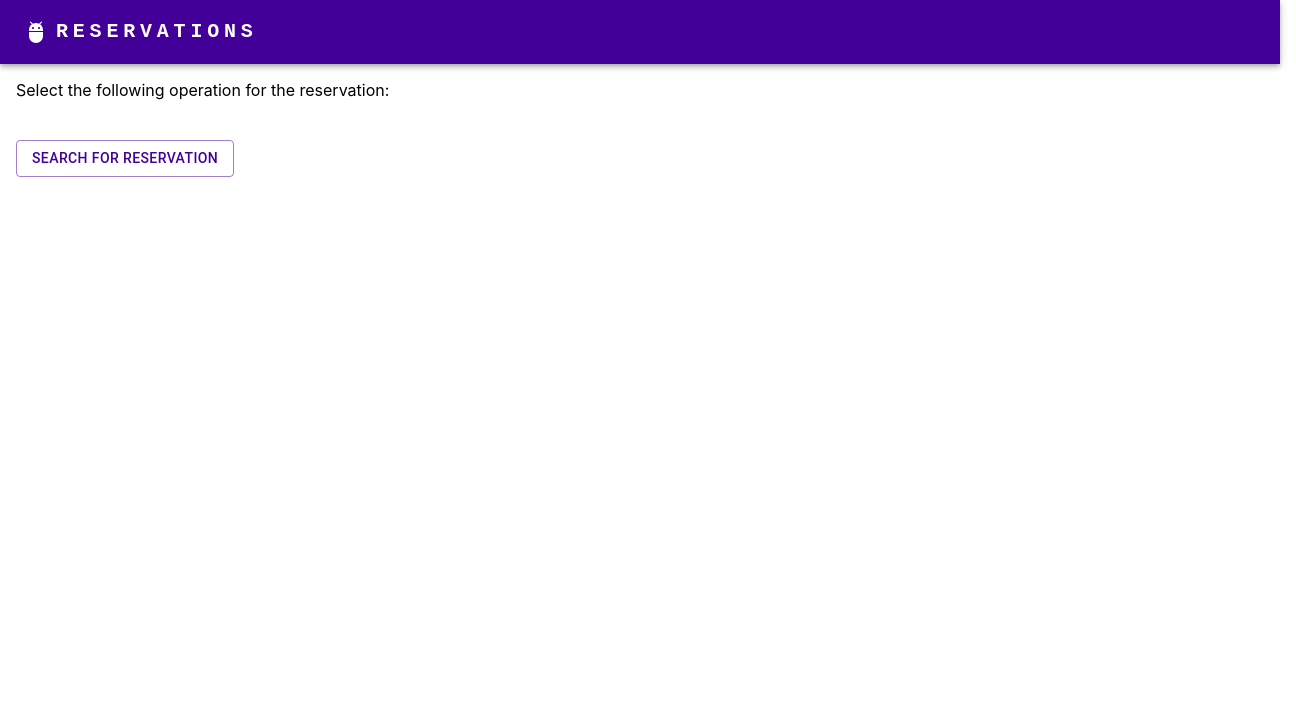
Repository: jbpadilha/reservationAWSRXJS
Page: /
These files come from the project's save history. The page is drawn as it stood at one moment and after the next save; the edit follows.
The browser window is 1280 px wide. The page is 1296 px wide, so the pictures cover 1296 px, including what lies to the right of the window. The pictures show the whole page.
The project was rebuilt for these pictures with package versions that can differ from the ones it lists, and the page was loaded fresh each time. Also part of the build but not shown: src/App.css.

Above is the page before, as saved 2023-07-12 12:06:32.

### src/index.tsx
import React, { Suspense, StrictMode } from "react";
import { createRoot } from "react-dom/client";
import { Provider } from "react-redux";
import { ThemeProvider } from "@mui/material/styles";
import "./index.css";
import { PersistGate } from "redux-persist/integration/react";
import { CircularProgress, LinearProgress } from "@mui/material";
import { persistStore } from "redux-persist";
import App from "./App";
import muiTheme from "./config/muiTheme";
import { store } from "./store/store";
import "./config/i18next";

<link rel="preconnect" href="https://fonts.googleapis.com" />;
<link rel="preconnect" href="https://fonts.gstatic.com" crossOrigin="" />;
<link
  href="https://fonts.googleapis.com/css2?family=Inter:wght@100;300;400;500;600;700&family=Roboto:ital,wght@0,300;0,400;0,500;0,700;1,400&display=swap"
  rel="stylesheet"
/>;
<link
  rel="stylesheet"
  href="https://fonts.googleapis.com/icon?family=Material+Icons"
/>;

// eslint-disable-next-line import/prefer-default-export
export const persistor = persistStore(store as any);

const container = document.createElement("div");
document.body.appendChild(container);

createRoot(container).render(
  <StrictMode>
    <Provider store={store}>
      <PersistGate loading={<CircularProgress />} persistor={persistor}>
        <ThemeProvider theme={muiTheme}>
          <Suspense fallback={<LinearProgress />}>
            <App />
          </Suspense>
        </ThemeProvider>
      </PersistGate>
    </Provider>
  </StrictMode>,
);

### src/App.tsx
import React from "react";
import "./App.css";

import RoutesComponent from "./components/routes/RoutesComponent";

const App = () => (
  <div className="App">
    <RoutesComponent />
  </div>
);

export default App;

### src/config/muiTheme.ts
import { createTheme } from "@mui/material";

const muiTheme = createTheme({
  background: "white",
  breakpoints: {
    values: {
      xs: 0,
      sm: 600,
      md: 960,
      lg: 1440,
      xl: 1964,
    },
  },
  palette: {
    primary: {
      main: "#430099",
      dark: "#EB078C",
    },
    baseColor: "##430099",
    baseColorTxt: "#6c757d",
    lightGreyTxt: "#98a6ad",
    backgroundGray: "#F9F9F9",
    titleDarkRed: "#0B1B39",
    fontColorRed: "#EB078C",
  },
});

export default muiTheme;

### src/store/store.ts
import { configureStore } from "@reduxjs/toolkit";
import sessionStorage from "redux-persist/lib/storage";
import {
  persistReducer,
  FLUSH,
  REHYDRATE,
  PAUSE,
  PERSIST,
  PURGE,
  REGISTER,
} from "redux-persist";
import reducers from "./reducers";

const persistConfig = {
  key: "root",
  storage: sessionStorage,
};

const persistedReducer = persistReducer(persistConfig, reducers);

export const store = configureStore({
  reducer: persistedReducer,
  middleware: (getDefaultMiddleware) =>
    getDefaultMiddleware({
      serializableCheck: {
        ignoredActions: [FLUSH, REHYDRATE, PAUSE, PERSIST, PURGE, REGISTER],
      },
    }),
});

// Infer the `RootState` and `AppDispatch` types from the store itself
export type RootState = ReturnType<typeof store.getState>;
// Inferred type: {posts: PostsState, comments: CommentsState, users: UsersState}
export type AppDispatch = typeof store.dispatch;

### src/config/i18next.ts
/* eslint-disable import/no-unresolved */
/* eslint-disable camelcase */
import i18next from "i18next";
import { initReactI18next } from "react-i18next";
import LanguageDetector from "i18next-browser-languagedetector";

import en from "./locales/en.json";

const options = {
  // order and from where user language should be detected
  order: [
    "querystring",
    "cookie",
    "localStorage",
    "sessionStorage",
    "navigator",
    "htmlTag",
    "path",
    "subdomain",
  ],
};

const i18nOptions: any = {
  fallbackLng: "en",
  detection: options,
  debug: false,
  resources: {
    en: { translation: en },
  },
  interpolation: {
    escapeValue: false,
  },
  react: {
    bindI18n: "languageChanged",
    bindI18nStore: "",
    transEmptyNodeValue: "",
    transSupportBasicHtmlNodes: true,
    useSuspense: true,
    omitBoundRerender: false,
  },
};

i18next.use(LanguageDetector).use(initReactI18next).init(i18nOptions);

export default i18next;

### src/components/routes/RoutesComponent.tsx
import React from "react";
import { BrowserRouter, Route, Routes } from "react-router-dom";
import { MAIN_ROUTE } from "../../config/constants";

const Main = React.lazy(() => import("../Main"));
const RoutesComponent = () => {
  return (
    <BrowserRouter>
      <Routes>
        <Route path={MAIN_ROUTE} element={<Main />} />
        <Route path="*" element={<Main />} />
      </Routes>
    </BrowserRouter>
  );
};
export default RoutesComponent;

### src/store/reducers.ts
import { combineReducers } from "redux";
import genericReducer from "./genericReducer";

export default combineReducers({
  generic: genericReducer,
});

### src/config/locales/en.json
{
    "selectMenu": "Select the following operation for the reservation",
    "btnSearchRoute": "Search for Reservation",
    "departureDate": "Departure Date",
    "lastName": "Last Name",
    "enterLastName": "Enter the last Name",
    "btnSearch": "Search",
    "resultsSearch": "Results from Search"
}

### src/config/constants.ts
export const MAIN_ROUTE = "/";
export const SEARCH_ROUTE = "/search";

### src/components/Main.tsx
import React from "react";
import { Grid } from "@mui/material";
import Header from "./Header";
import MainRoutes from "./routes/MainRoutes";
import MessageModal from "./MessageModal";

const Main = () => {
  return (
    <Grid
      container
      sx={{ width: "100%", height: "100%", flexDirection: "row" }}
    >
      <Grid component="header" item xs={12} sx={{ fontSize: 24 }}>
        <Header />
      </Grid>
      <Grid item xs={12} component="main">
        <MainRoutes />
      </Grid>
      <MessageModal />
    </Grid>
  );
};

export default Main;

### src/store/genericReducer.ts
/* eslint-disable default-param-last */
import { Action, State } from "../interfaces/interfaces";
import { GenericActions } from "./genericActions";

const initialState: State = {
  openMessageModal: false,
  typeMessage: "info",
  messageModal: "",
  loading: false,
};
const genericReducer = (
  state: State = initialState,
  { type, payload }: Action,
): any => {
  switch (type) {
    case GenericActions.CLOSE_MESSAGE_MODAL:
      return {
        ...state,
        openMessageModal: false,
        messageModal: null,
        typeMessage: "info",
      };
    case GenericActions.INFO_MESSAGE_MODAL:
      return {
        ...state,
        openMessageModal: true,
        messageModal: payload,
        typeMessage: "info",
      };
    case GenericActions.SUCCESS_MESSAGE_MODAL:
      return {
        ...state,
        openMessageModal: true,
        messageModal: payload,
        typeMessage: "success",
      };
    case GenericActions.FAIL_MESSAGE_MODAL:
      return {
        ...state,
        openMessageModal: true,
        messageModal: payload,
        typeMessage: "error",
      };
    case GenericActions.API_GENERIC_SUCCESS: {
      switch (payload?.actionType) {
        case GenericActions.FETCH_RESERVATION: {
          // eslint-disable-next-line no-console
          console.log("test");
          return {
            openMessageModal: true,
            messageModal: payload,
            typeMessage: "success",
          };
        }
        default:
          return state;
      }
    }
    case GenericActions.API_GENERIC_ERROR: {
      switch (payload?.actionType) {
        default:
          return state;
      }
    }
    default:
      return state;
  }
};

export default genericReducer;

### src/components/Header.tsx
import React from "react";
import { AppBar, Toolbar, Typography } from "@mui/material";
import Container from "@mui/material/Container";
import AdbIcon from "@mui/icons-material/Adb";

const Header = () => {
  return (
    <AppBar position="static">
      <Container maxWidth="xl">
        <Toolbar disableGutters>
          <AdbIcon sx={{ display: { xs: "none", md: "flex" }, mr: 1 }} />
          <Typography
            variant="h6"
            noWrap
            component="a"
            href="/"
            sx={{
              mr: 2,
              display: { xs: "none", md: "flex" },
              fontFamily: "monospace",
              fontWeight: 700,
              letterSpacing: ".3rem",
              color: "inherit",
              textDecoration: "none",
            }}
          >
            RESERVATIONS
          </Typography>
        </Toolbar>
      </Container>
    </AppBar>
  );
};

export default Header;

### src/components/routes/MainRoutes.tsx
import { Suspense } from "react";
import { LinearProgress } from "@mui/material";
import { Route, Routes } from "react-router-dom";
import { MultiRoutes } from "../../interfaces/interfaces";
import generalRoutes from "./generalRoutes";
import Menu from "../Menu";
import { MAIN_ROUTE } from "../../config/constants";

const MainRoutes = () => {
  const routes: MultiRoutes[] = [];
  routes.push(...generalRoutes);

  return (
    <Suspense fallback={<LinearProgress />}>
      <Routes>
        <Route path={MAIN_ROUTE} element={<Menu />} />
        {routes.map((route: MultiRoutes) => (
          <Route key={route.key} path={route.path} element={route.element} />
        ))}
      </Routes>
    </Suspense>
  );
};

export default MainRoutes;

### src/components/MessageModal.tsx
/* eslint-disable react/jsx-props-no-spreading */
import React from "react";
import {
  AlertProps,
  AlertColor,
  IconButton,
  Slide,
  SlideProps,
  Snackbar,
} from "@mui/material";
import { useDispatch } from "react-redux";
import { Close } from "@mui/icons-material";
import MuiAlert from "@mui/material/Alert";
import { useTranslation } from "react-i18next";
import { createSelector } from "@reduxjs/toolkit";
import { RootState } from "../store/store";
import { closeMessageModal } from "../store/genericActions";

const Alert = React.forwardRef<HTMLDivElement, AlertProps>((props, ref) => (
  <MuiAlert elevation={6} ref={ref} variant="filled" {...props} />
));

const SlideTransition = (props: SlideProps) => (
  <Slide {...props} direction="right" />
);

const MessageModal = () => {
  const { t } = useTranslation();
  const genericValues = createSelector(
    (state: RootState) => ({
      openMessageModal: state.generic.openMessageModal,
      typeMessage: state.generic.typeMessage,
      messageModal: state.generic.messageModal,
    }),
    (rawValue: any) => rawValue.map((entry: any) => entry.data),
  );
  // eslint-disable-next-line no-console
  console.log("VALUES:", genericValues);
  const openMessageModal = false;
  const typeMessage = "";
  const messageModal = "";
  const dispatch = useDispatch();

  const handleClose = (
    event: React.SyntheticEvent | Event,
    reason?: string,
  ) => {
    if (reason === "clickaway") {
      return;
    }
    dispatch(closeMessageModal());
  };

  return (
    <div>
      <Snackbar
        anchorOrigin={{
          vertical: "bottom",
          horizontal: "left",
        }}
        open={openMessageModal}
        autoHideDuration={4000}
        onClose={handleClose}
        TransitionComponent={SlideTransition}
        action={
          <IconButton
            aria-label={t("Close")}
            color="inherit"
            sx={{ p: 0.5 }}
            onClick={handleClose}
          >
            <Close />
          </IconButton>
        }
      >
        <Alert
          onClose={handleClose}
          severity={typeMessage as AlertColor}
          sx={{ width: "100%" }}
        >
          {t(messageModal || "")}
        </Alert>
      </Snackbar>
    </div>
  );
};

export default MessageModal;

### src/store/genericActions.ts
import { Action } from "../interfaces/interfaces";

export const GenericActions = {
  API_GENERIC_SUCCESS: "API_GENERIC_SUCCESS",
  API_GENERIC_ERROR: "API_GENERIC_ERROR",
  CLOSE_MESSAGE_MODAL: "CLOSE_MESSAGE_MODAL",
  SUCCESS_MESSAGE_MODAL: "SUCCESS_MESSAGE_MODAL",
  FAIL_MESSAGE_MODAL: "FAIL_MESSAGE_MODAL",
  INFO_MESSAGE_MODAL: "INFO_MESSAGE_MODAL",
  FETCH_RESERVATION: "FETCH_RESERVATION",
};

// Generic Api Response Generic Action
export const apiResponseSuccess = (
  actionType: string,
  payload: Action,
): Action => ({
  type: actionType,
  payload: { actionType: payload.type, data: payload.payload },
});

export const apiResponseError = (
  actionType: string,
  payload: Action,
): Action => ({
  type: actionType,
  payload: { actionType: payload.type, data: payload.error },
});

export const infoMessageModal = (message: string): Action => ({
  type: GenericActions.INFO_MESSAGE_MODAL,
  payload: message,
});

export const successMessageModal = (message: string): Action => ({
  type: GenericActions.SUCCESS_MESSAGE_MODAL,
  payload: message,
});

export const failMessageModal = (message: string): Action => ({
  type: GenericActions.FAIL_MESSAGE_MODAL,
  payload: message,
});

export const closeMessageModal = (): Action => ({
  type: GenericActions.CLOSE_MESSAGE_MODAL,
  payload: false,
});

export const fetchReservation = (payload: {
  departureDate: string;
  lastName: string;
}): Action => ({
  type: GenericActions.FETCH_RESERVATION,
  payload,
});

### src/components/routes/generalRoutes.tsx
import React from "react";
import { MultiRoutes } from "../../interfaces/interfaces";
import { SEARCH_ROUTE } from "../../config/constants";

const SearchReservations = React.lazy(() => import("../SearchReservations"));

const generalRoutes: MultiRoutes[] = [
  {
    path: SEARCH_ROUTE,
    key: "SearchReservations",
    element: <SearchReservations />,
  },
];

export default generalRoutes;

### src/components/Menu.tsx
import React from "react";
import { Button, Grid } from "@mui/material";
import { useTranslation } from "react-i18next";
import { useNavigate } from "react-router-dom";
import { SEARCH_ROUTE } from "../config/constants";

const Menu = () => {
  const history = useNavigate();
  const { t } = useTranslation();

  const changeRoute = () => {
    history(SEARCH_ROUTE);
  };

  return (
    <Grid container sx={{ margin: 2 }}>
      <Grid item xs={12}>
        {t("selectMenu")}:
      </Grid>
      <Grid item xs={12} sx={{ marginTop: 5 }}>
        <Button variant="outlined" size="medium" onClick={changeRoute}>
          {t("btnSearchRoute")}
        </Button>
      </Grid>
    </Grid>
  );
};

export default Menu;

Loaded but not shown: public/index.html (common file); src/index.css (common file)

After the next save:
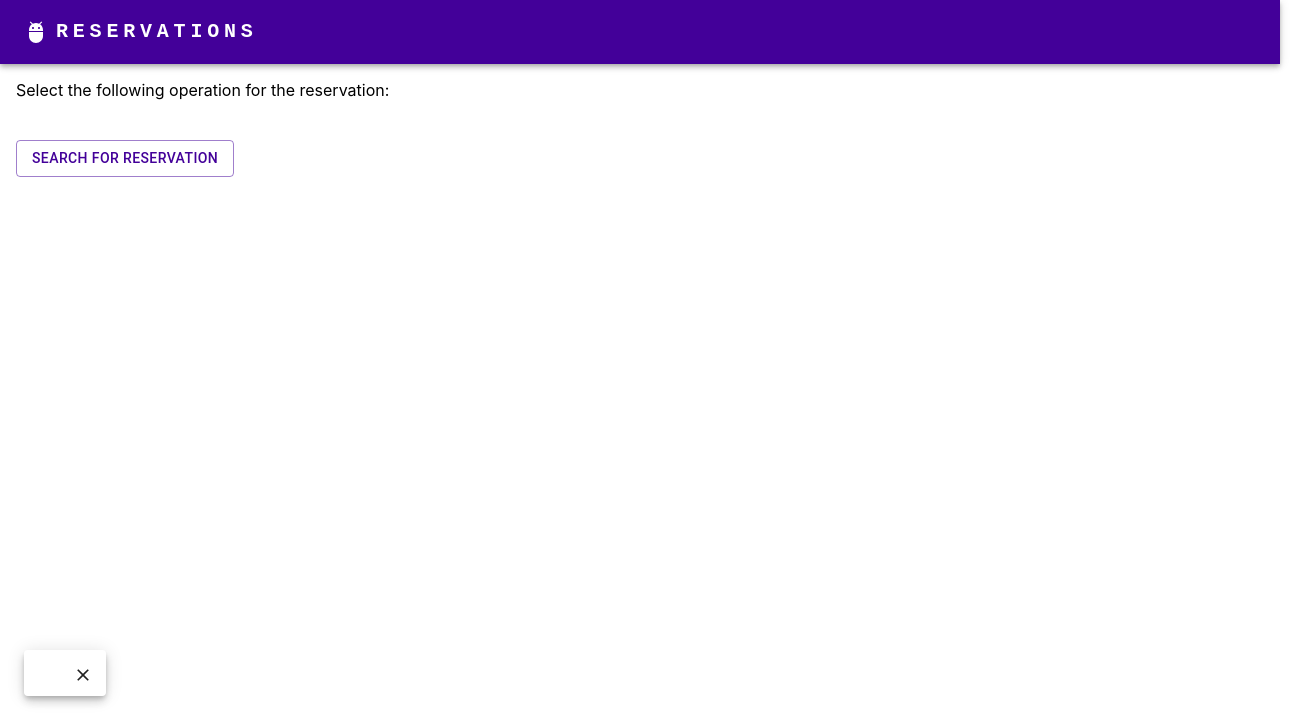
Saved 5 min 25 s later.
--- a/src/components/MessageModal.tsx
+++ b/src/components/MessageModal.tsx
@@ -8,7 +8,7 @@
   SlideProps,
   Snackbar,
 } from "@mui/material";
-import { useDispatch } from "react-redux";
+import { useDispatch, useSelector } from "react-redux";
 import { Close } from "@mui/icons-material";
 import MuiAlert from "@mui/material/Alert";
 import { useTranslation } from "react-i18next";
@@ -24,19 +24,20 @@
   <Slide {...props} direction="right" />
 );
 
+const genericValues = createSelector(
+  (state: RootState) => state.generic.openMessageModal,
+  (state: RootState) => state.generic.typeMessage,
+  (state: RootState) => state.generic.messageModal,
+  (openMessageModal, typeMessage, messageModal) => ({
+    openMessageModal,
+    typeMessage,
+    messageModal,
+  })
+);
+
 const MessageModal = () => {
   const { t } = useTranslation();
-  const genericValues = createSelector(
-    (state: RootState) => ({
-      openMessageModal: state.generic.openMessageModal,
-      typeMessage: state.generic.typeMessage,
-      messageModal: state.generic.messageModal,
-    }),
-    (rawValue: any) => rawValue.map((entry: any) => entry.data),
-  );
-  // eslint-disable-next-line no-console
-  console.log("VALUES:", genericValues);
-  const openMessageModal = false;
+  const openMessageModal = useSelector(genericValues);
   const typeMessage = "";
   const messageModal = "";
   const dispatch = useDispatch();

After the save that followed:
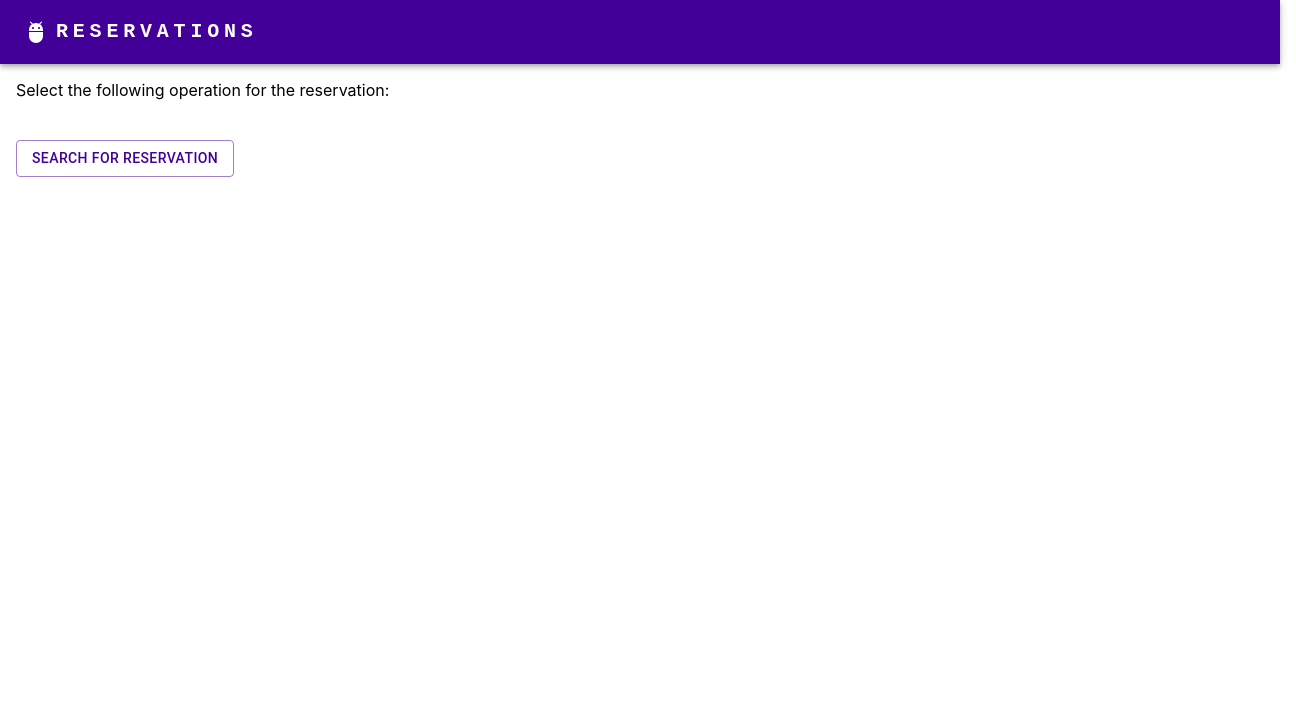
Saved 69 s later.
--- a/src/components/MessageModal.tsx
+++ b/src/components/MessageModal.tsx
@@ -32,14 +32,12 @@
     openMessageModal,
     typeMessage,
     messageModal,
-  })
+  }),
 );
 
 const MessageModal = () => {
   const { t } = useTranslation();
-  const openMessageModal = useSelector(genericValues);
-  const typeMessage = "";
-  const messageModal = "";
+  const { openMessageModal, typeMessage, messageModal } = useSelector(genericValues);
   const dispatch = useDispatch();
 
   const handleClose = (
